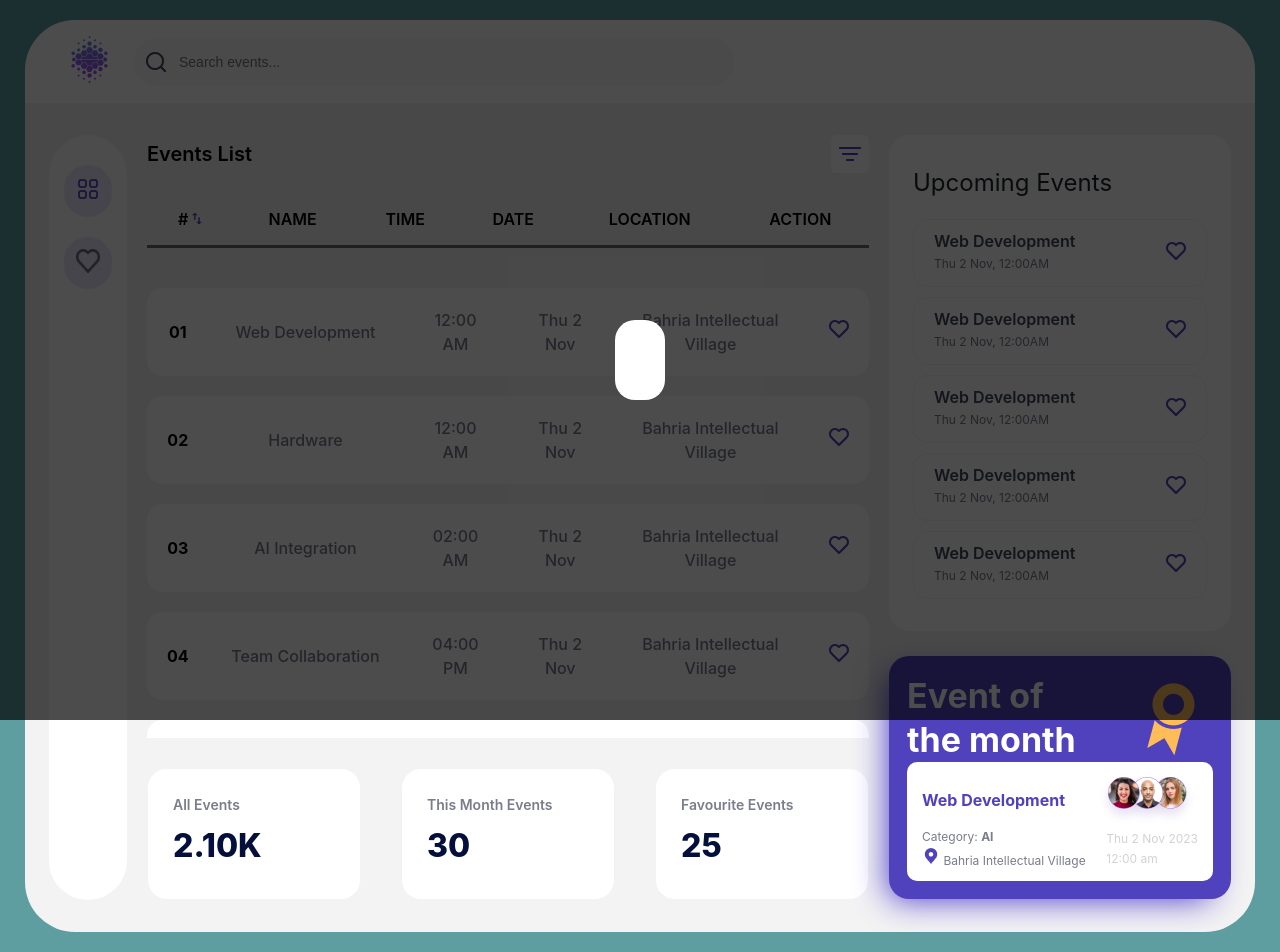
Repository: ahmadunitedsol710/react-dashboard
Page: /, after clicking the first element matching `tr.body_row`
The author's editor kept a copy of each file at every save. The page is drawn from the files as they stood at one save, then again after the next save.
The browser window is 1280 px wide. The pictures show the whole page.
An inner scrolling area shows only its first screen. The project was rebuilt for these pictures with package versions that can differ from the ones it lists, and the page was loaded fresh each time.

Above is the page before, as saved 2024-08-02 09:57:28.

After the next save:
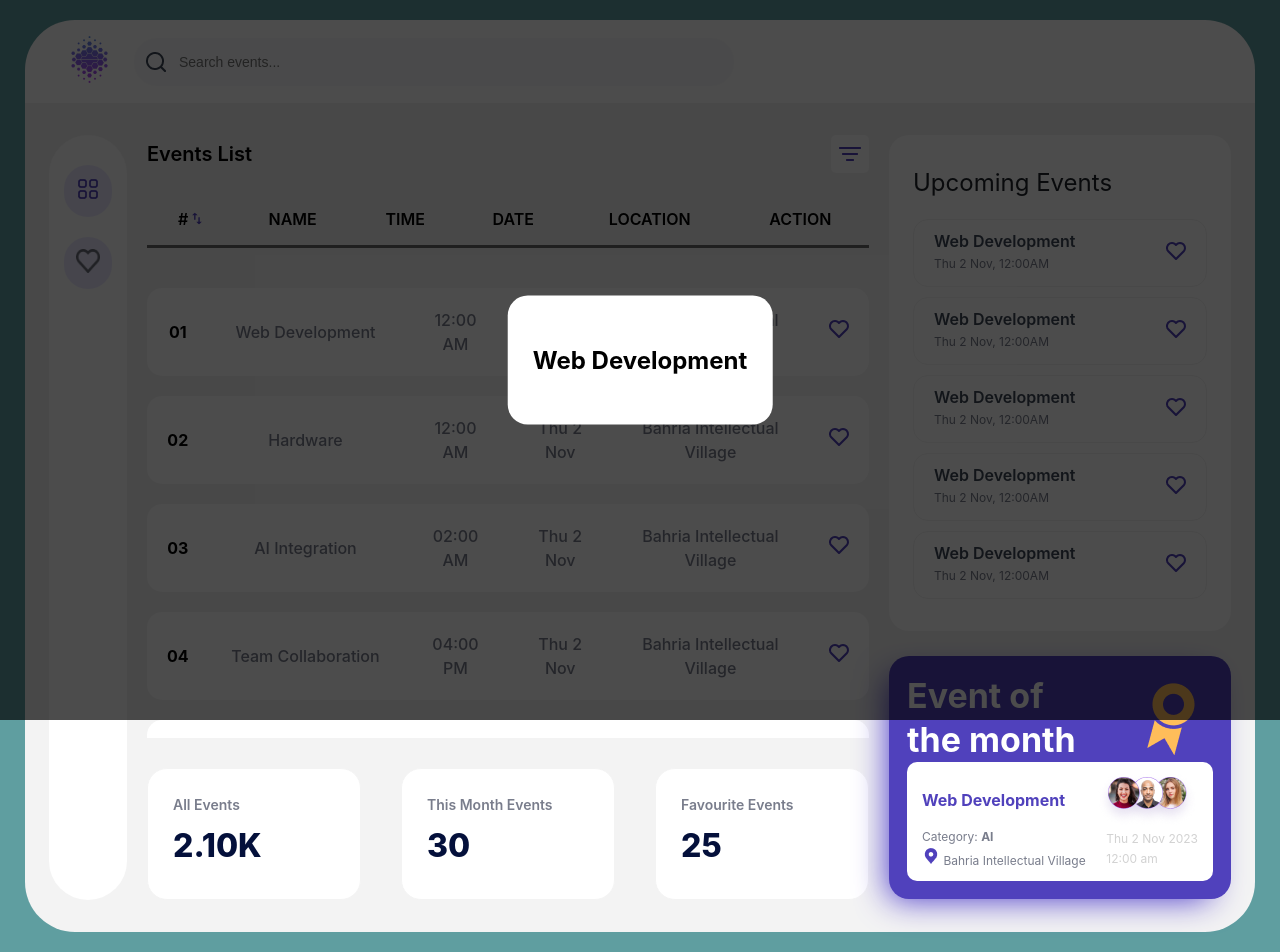
Saved 9 s later.
--- a/src/Components/Body/Detailpopup.js
+++ b/src/Components/Body/Detailpopup.js
@@ -8,7 +8,7 @@ const Detailpopup = ({closeModal}) => {
             <div className="detailpopup">
                 <div className="course_Details">
                     <div className="title_time">
-                        <h2 className="title"></h2>
+                        <h2 className="title">Web Development</h2>
                         <span className="time"></span>
                     </div>
                 </div>
